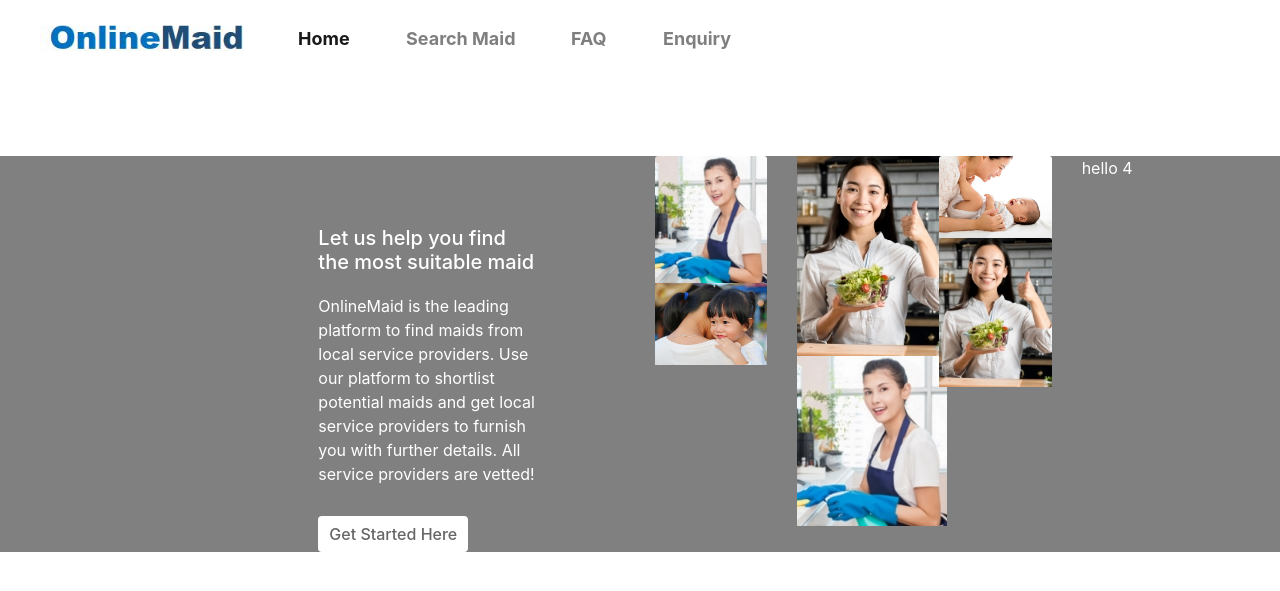
Repository: Code-Institute-Submissions/Project-1---Online-Maid
Page: testing.html
The author's editor kept a record of every edit. The page is drawn from the files as they stood at one moment, then again after the next edit.
The browser window is 1280 px wide. The pictures show the whole page.
Some web libraries are served in a nearby version.

Above is the page before.

### testing.html
<!DOCTYPE html>
<html lang="en">
<head>
    <meta charset="UTF-8">
    <meta name="viewport" content="width=device-width, initial-scale=1.0">
    <meta http-equiv="X-UA-Compatible" content="ie=edge">
    <link rel="stylesheet" href="https://stackpath.bootstrapcdn.com/bootstrap/4.3.1/css/bootstrap.min.css" type="text/css" />
    <link rel="stylesheet" href="https://stackpath.bootstrapcdn.com/font-awesome/4.7.0/css/font-awesome.min.css" type="text/css" />
    <link rel="stylesheet" href="https://cdnjs.cloudflare.com/ajax/libs/hover.css/2.1.1/css/hover-min.css" type="text/css" />
    <link rel="stylesheet" href="style.css" type="text/css" />
    <title>Online Maid</title>
</head>

<body>

<header>
  <nav class="navbar navbar-expand-lg navbar-light">
  <a class="navbar-brand" href="#"><img id="logo" class="pl-4 img-fluid d-md-block" src="images/logo.jpg" alt=""></a>
  <button class="navbar-toggler" type="button" data-toggle="collapse" data-target="#navbarSupportedContent" aria-controls="navbarSupportedContent" aria-expanded="false" aria-label="Toggle navigation">
    <span class="navbar-toggler-icon"></span>
  </button>

  <div class="collapse navbar-collapse" id="navbarSupportedContent">
    <ul class="navbar-nav mr-auto">
      <li class="nav-item active hvr-sweep-to-bottom">
        <a class="nav-link" href="index.html">Home</a>
      </li>
      <li class="nav-item hvr-sweep-to-bottom">
        <a class="nav-link" href="search.html">Search Maid</a>
      </li>
      <li class="nav-item hvr-sweep-to-bottom">
        <a class="nav-link" href="faq.html">FAQ</a>
      </li>
      <li class="nav-item hvr-sweep-to-bottom">
        <a class="nav-link" href="enquiry.html">Enquiry</a>
      </li>
    </ul>
  </div>
</nav>
</header>


<div class="row enquiry-container">
  <div class="col-2 enquiry-box-1"></div>

  <div class="col-4 enquiry-box-2">
      <h5 class ="enquiry-header">Let us help you find the most suitable maid</h5>
      <p class ="enquiry-content">OnlineMaid is the leading platform to find maids from local service providers.  Use our platform to shortlist potential maids and get local service providers to furnish you with further details. All service providers are vetted!</p>
      <button type="button" class="btn enquiry-btn">Get Started Here</button>
    </div>

  <div class="col-4 enquiry-box-3">
      <div class="row picture-container">

        <div class="col-4 picture-col-1">
          <img class="card-img-top" src="images/enquiry2a.jpg" alt="Card image cap">
          <img class="card-img-top" src="images/childrenCare1.jpg" alt="Card image cap">
        </div>

        <div class="col-4 picture-col-2">
          <img class="" src="images/enquiry3a.jpg" alt="Card image cap">
          <img class="" src="images/enquiry2a.jpg" alt="Card image cap">
        </div>

        <div class="col-4 picture-col-3">
          <img class="card-img-top" src="images/confinement.jpg" alt="Card image cap">
          <img class="card-img-top" src="images/enquiry3a.jpg" alt="Card image cap">
        </div>
      </div>
  </div>

  <div class="col-2 enquiry-box">hello 4</div>

</div>


    <script src="https://code.jquery.com/jquery-3.3.1.slim.min.js" integrity="sha384-q8i/X+965DzO0rT7abK41JStQIAqVgRVzpbzo5smXKp4YfRvH+8abtTE1Pi6jizo" crossorigin="anonymous"></script>
    <script src="https://cdnjs.cloudflare.com/ajax/libs/popper.js/1.14.7/umd/popper.min.js" integrity="sha384-UO2eT0CpHqdSJQ6hJty5KVphtPhzWj9WO1clHTMGa3JDZwrnQq4sF86dIHNDz0W1" crossorigin="anonymous"></script>
    <script src="https://stackpath.bootstrapcdn.com/bootstrap/4.3.1/js/bootstrap.min.js" integrity="sha384-JjSmVgyd0p3pXB1rRibZUAYoIIy6OrQ6VrjIEaFf/nJGzIxFDsf4x0xIM+B07jRM" crossorigin="anonymous"></script>
</body>
</html>

### style.css
@import url('https://fonts.googleapis.com/css?family=Roboto:100,200,300,400,500,600,700|Exo:100,200,300,400,500,600,700');

/*overall*/
*{
    padding: 0;
    margin: 0;
    box-sizing: border-box;
}



/*header*/
#logo {
    height: 50px;
    max-width:100%;
}


.nav-item{
    padding: 0px 20px;
    color: blue;
    font-weight:700;
    font-size: 18px;
}



/*footer*/
.footer-style{
    background: #666666;
}


.page-footer, .social {
    color:white;
}


.list-unstyled a {
   text-decoration: none;
   color:white;
}


.list-unstyled a:hover {
   color:blue;
}



/*Section 1-Banner*/
.maids-portal {
   text-align: center;
    font-size: 44px;
    font-weight: 600;
}


.getStarted{
    text-align: center;
    font-size: 20px;
    font-weight: 600
}


.jumbotron {
    background-image: url("images/banner.jpg");
    background-size: cover;
    color: white;
    padding : 120px 0px;
    margin-bottom: 80px;
     }


.form-row {
    padding: 50px 0px 0px 0px;
}


.form-control {
    font-weight: 500;
    color: #808080;
}


.btn {
    background-color: grey;
    font-weight: 500;
    color: white;
}



/*section 2 - 4 Steps*/
.section-header {
    text-align: center;
    margin: 40px 0px 0px 0px ;
    line-height: 25px;
    color: #4d4d4d;
    font-weight: 700;
}


.steps-line{
    text-align: center;
    margin: 20px;
    line-height: 25px;
    color: #4d4d4d;
    font-weight: 400;
    font-size: 18px;
}


.four-steps-container {
    margin: 50px 200px 80px 200px;
}


.steps-box {
    background-color: orange;
    text-align: center;
    color: white;
    font-weight: 500
}


.i{
    font-size: 100px;
}



/*index.html section 3*/
.six-choices {
   margin: 30px 20px 30px 20px;
}



/*section 3- preference*/
.maid-experience {
    color: #4d4d4d;
}



/*section 4 - enquiry-box*/
.enquiry-container {
    min-height: 350px;
    background-color: #808080;
    color: white;
    margin: 80px 0px 0px;
    padding: 0px;
}


.enquiry-header {
    margin: 70px 90px 20px ;
}


.enquiry-content {
 font-size: 16px;
 margin: 0 90px 10px;
}


.enquiry-btn{
    color: #666666;
    background: white;
    padding: 5px 10px;
    margin: 20px 90px 0px;
}


.card-img-top-1 {
    padding: 0px;
    margin: 0px 0px 25px 0px;
    border: none;
}


.card-img-top-3 {
    padding: 0px;
    margin: 0px 0px 25px 0px;
    border: none;
}


.card-img-top-5 {
    padding: 0px;
    margin: 0px 0px 25px 0px;
    border: none;
}


.card-img-top-6 {
    padding: 0px;
    margin: 0px 0px 25px 0px;
    border: none;
}

After the next edit:
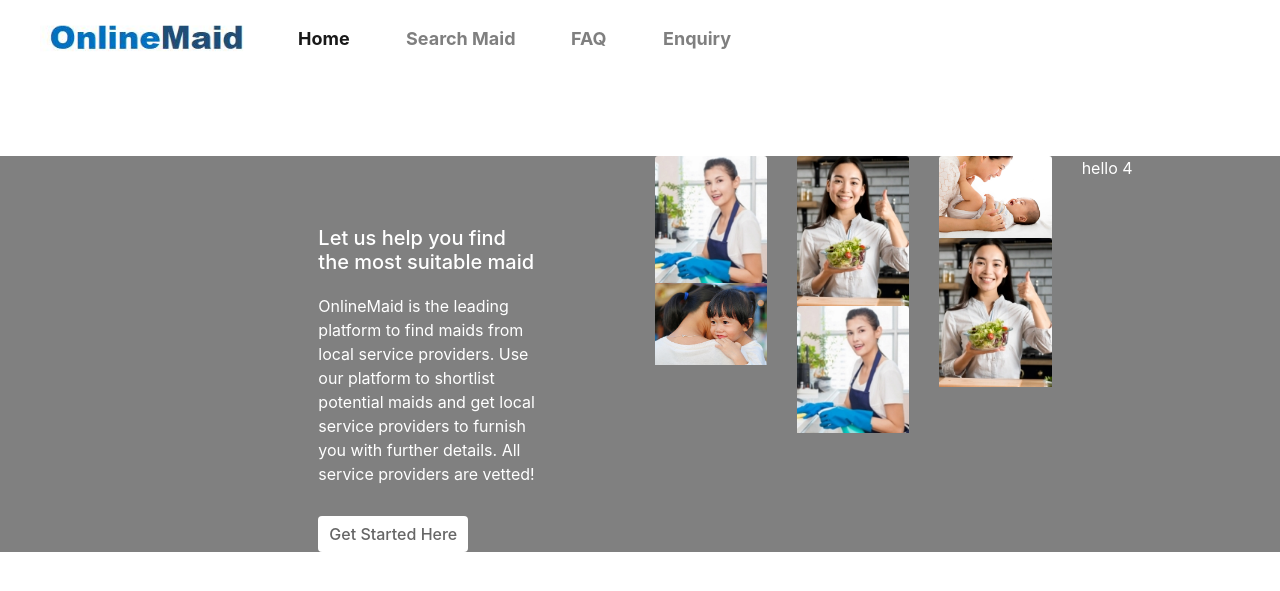
The edit:
--- a/testing.html
+++ b/testing.html
@@ -58,8 +58,8 @@
         </div>
 
         <div class="col-4 picture-col-2">
-          <img class="" src="images/enquiry3a.jpg" alt="Card image cap">
-          <img class="" src="images/enquiry2a.jpg" alt="Card image cap">
+          <img class="card-img-top" src="images/enquiry3a.jpg" alt="Card image cap">
+          <img class="card-img-top" src="images/enquiry2a.jpg" alt="Card image cap">
         </div>
 
         <div class="col-4 picture-col-3">
